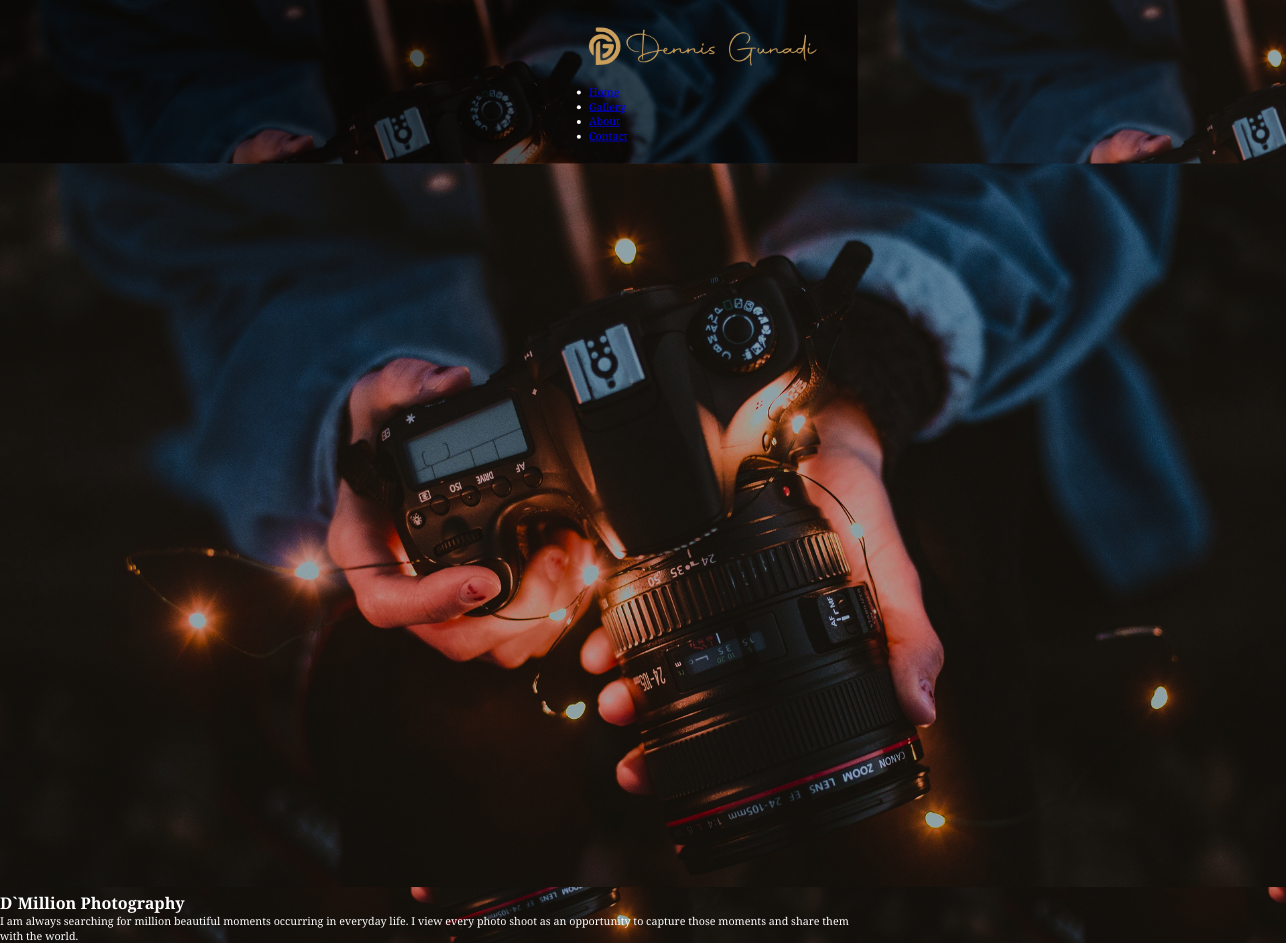
Repository: Diegoms0595/Diego-Final-project2
Page: index.html
These files come from the project's save history. The page is drawn as it stood at one moment and after the next save; the edit follows.
The browser window is 1280 px wide. The page is 1920 px wide, then 1280 px, so the pictures cover 1920 px, including what lies to the right of the window. The pictures show the whole page, at 67% of full size.
Backgrounds fixed to the window are drawn as part of the page.

Above is the page before, as saved 2025-05-28 13:51:34.

After the next save:
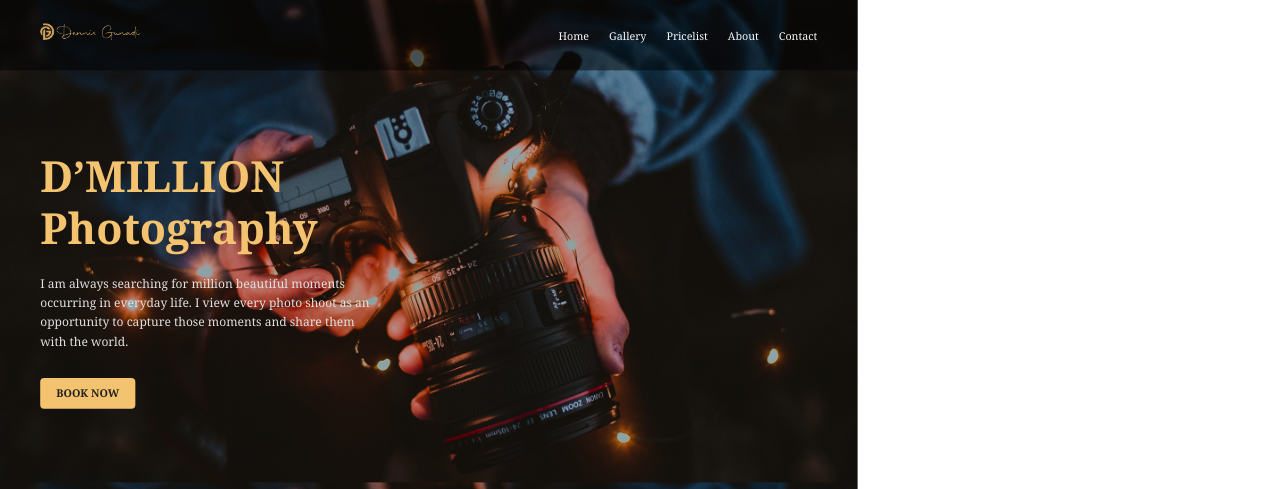
Saved 3 s later.
--- a/index.html
+++ b/index.html
@@ -1,37 +1,38 @@
 <!DOCTYPE html>
 <html lang="en">
-<link rel="stylesheet" href="./main.css">
+<head>
+  <meta charset="UTF-8" />
+  <meta name="viewport" content="width=device-width, initial-scale=1.0" />
+  <title>D'MILLION Photography</title>
+  <link rel="stylesheet" href="main.css" />
+</head>
+<body>
+  <header>
+    <div class="logo">
+      <a href="#">
+        <img src="./Assets/Logo.png" alt="logohead">
+      </a>
+    </div>
+    <nav>
+      <ul class="nav-links">
+        <li><a href="#">Home</a></li>
+        <li><a href="#">Gallery</a></li>
+        <li><a href="#">Pricelist</a></li>
+        <li><a href="#">About</a></li>
+        <li><a href="#">Contact</a></li>
+      </ul>
+    </nav>
+  </header>
 
-<head>
-    <meta charset="UTF-8">
-    <meta name="viewport" content="width=device-width, initial-scale=1.0">
-    <title>Final PD2</title>
-</head>
-
-<body>
-    <header>
-        <section id="logo"><a href="./Assets/White and Brown Floral Personal Logo.jpg"></a></section>
-        <nav>
-            <ul>
-                <img src="./Assets/Logo.png" alt="logohead">
-                <li><a href="Home">Home</a></li>
-                <li><a href="Gallery">Gallery</a></li>
-                <li><a href="About">About</a></li>
-                <li><a href="Contact">Contact</a></li>
-            </ul>
-        </nav>
-    </header>
-    <section>
-        <h1>
-            <div><img src="./Assets/image 2.png" alt="Background1"></div>
-            <p>D`Million Photography</p>
-        </h1>
-        <p>
-            I am always searching for million beautiful moments occurring in everyday life. I view every photo shoot as an opportunity to capture those moments and share them with the world.
-        </p>
-    </section>
-
-
+  <section class="hero">
+    <div class="hero-text">
+      <h1><span>D’MILLION</span><br>Photography</h1>
+      <p>
+        I am always searching for million beautiful moments occurring in everyday life.
+        I view every photo shoot as an opportunity to capture those moments and share them with the world.
+      </p>
+      <a href="#" class="book-now">BOOK NOW</a>
+    </div>
+  </section>
 </body>
-
 </html>
